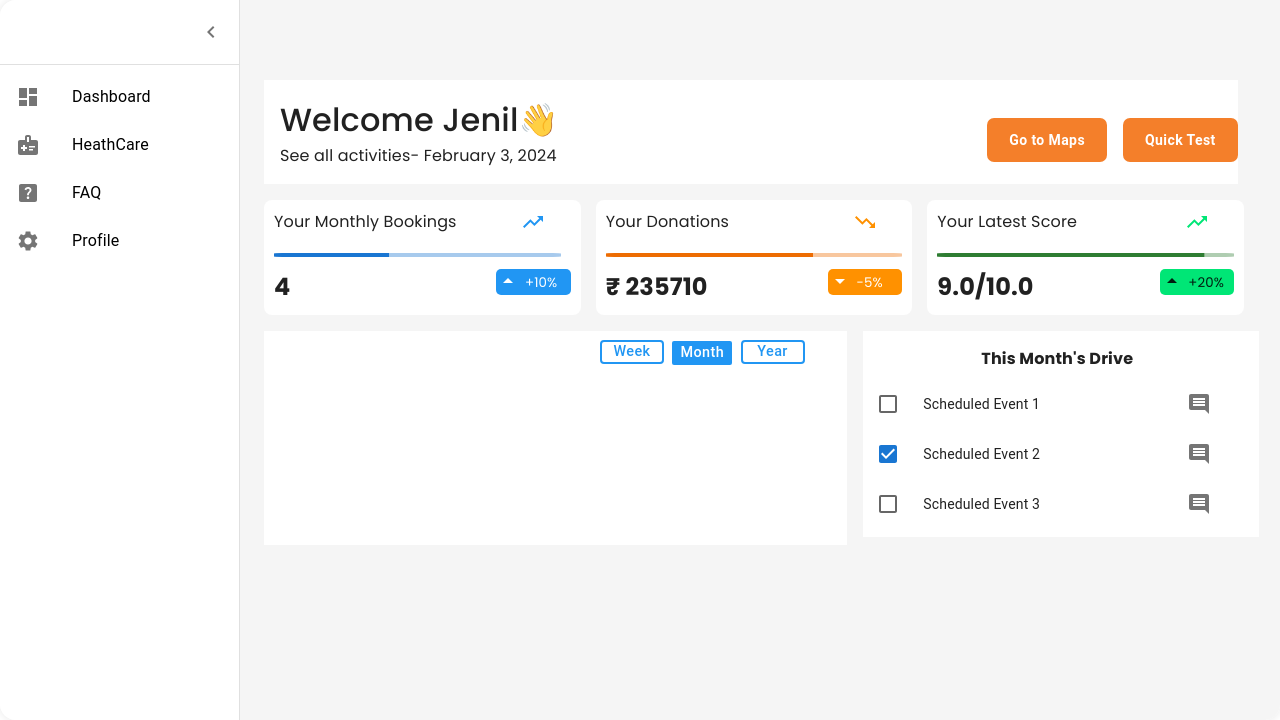
Repository: shubhampirate/Google_Solutions_Edural
Page: /dashboard
An editor plug-in stored every save of this project. The page is shown before and after the next save, followed by the edit.
The browser window is 1280 px wide. The pictures show the whole page.
The page's requests for data from a server got no answer. The project was rebuilt for these pictures with package versions that can differ from the ones it lists, and the page was loaded fresh each time. Some packages were replaced by stand-ins written for this rebuild. No one was signed in, and anything a server would have sent is missing. Also part of the build but not shown: src/Components/Navbar.jsx, src/Components/Footer.jsx, src/Components/CongratsCard.jsx, src/pages/Hero/Hero.jsx, src/pages/Sign_in.jsx.

Above is the page before, as saved 2024-02-03 18:00:47.

After the next save:
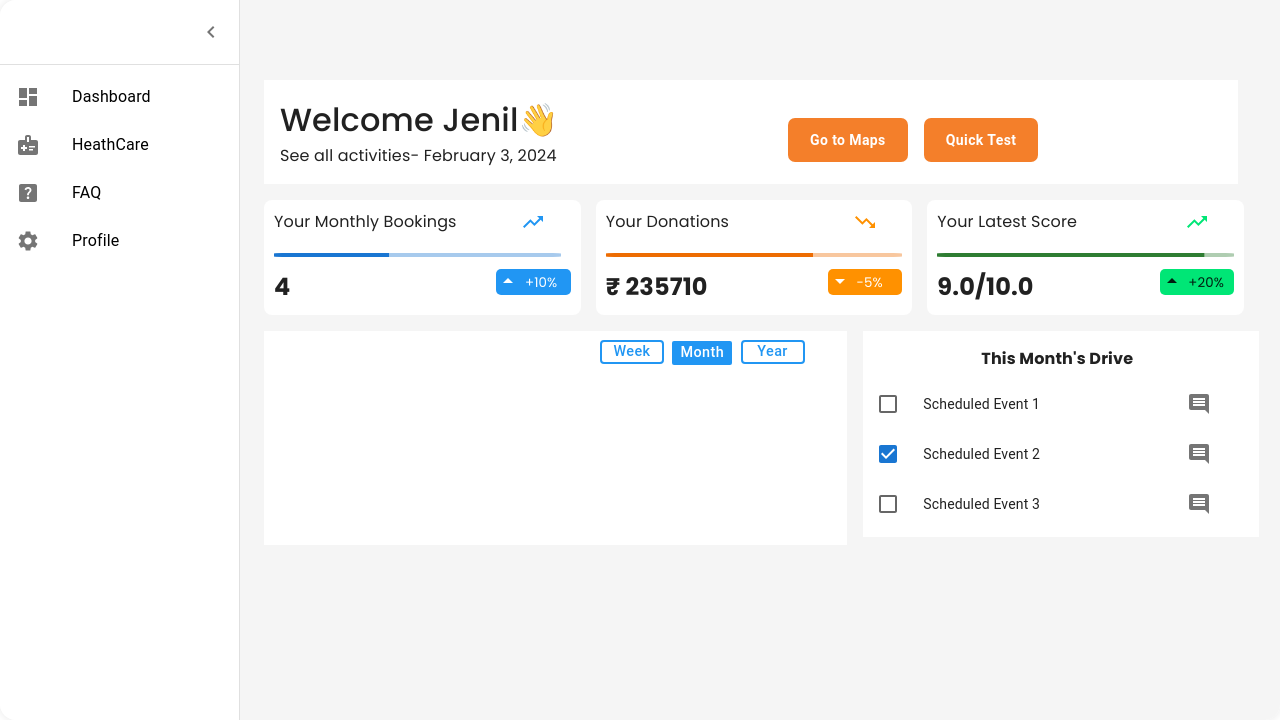
Saved 64 s later.
--- a/src/pages/Dashboard/Dashboard.jsx
+++ b/src/pages/Dashboard/Dashboard.jsx
@@ -308,7 +308,7 @@
             <div style={{ fontSize: '2rem', fontWeight: '500' }}>Welcome Jenil👋</div>
             <div>See all activities- {formattedDate}</div>
             </Grid>
-            <Grid item xs={5.5} display="flex" justifyContent="flex-end" alignItems="center" style={{ backgroundColor: "white"}}>
+            <Grid item xs={5.5} display="flex" justifyContent="flex-between" alignItems="center" style={{ backgroundColor: "white"}}>
             <Box
         sx={{
           display: "flex",
@@ -323,7 +323,6 @@
           buttonText="Go to Maps"
 
         />
-        {/* <NavLink variant="body2">Sign Up</NavLink> */}
         <CustomButton
           backgroundColor="#F47F2A"
           color="#fff"
